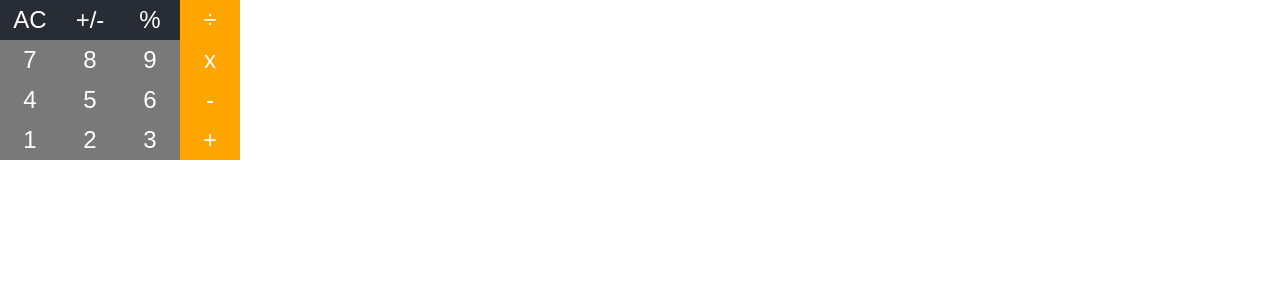
Repository: catsarenotreal/CalculatorWebApp
Page: /
These files come from the project's save history. The page is drawn as it stood at one moment and after the next save; the edit follows.
The browser window is 1280 px wide. The pictures show the whole page.
The project was rebuilt for these pictures with package versions that can differ from the ones it lists, and the page was loaded fresh each time.

Above is the page before, as saved 2024-08-22 15:07:57.

### src/App.tsx
import React from 'react';
// import logo from './logo.svg';
import './App.css';

type Props = {
  val : string;
  colour : 'orange'|'darkgrey'|'lightgrey';
}

function DisplayScreen(){ // changes on click for = sign
  return <></>;
}

function Buttons(props : Props){

  const val = props.val;
  const colour = props.colour;


  function handleClick(){

  }

  return <button className = {`Buttons ${colour}`} onClick = {handleClick}>
    {val}
  </button>
}

export default function Calc() {
  return (
    <main>
      <div className = "row">
        {/* <DisplayScreen> </DisplayScreen> */}
      </div>
      <div className = "row">
        <Buttons val={'AC'} colour = 'darkgrey'/>
        <Buttons val={'+/-'} colour = 'darkgrey'/>
        <Buttons val={'%'} colour = 'darkgrey'/ >
        <Buttons val={'÷'} colour = 'orange' />
      </div>
      <div className = "row">
        <Buttons val={'7'} colour = 'lightgrey'/>
        <Buttons val={'8'} colour = 'lightgrey'/>
        <Buttons val={'9'} colour = 'lightgrey'/ >
        <Buttons val={'x'} colour = 'orange' />
      </div>
      <div className = "row">
        <Buttons val={'4'} colour = 'lightgrey'/>
        <Buttons val={'5'} colour = 'lightgrey'/>
        <Buttons val={'6'} colour = 'lightgrey'/ >
        <Buttons val={'-'} colour = 'orange' />
      </div>
      <div className = "row">
        <Buttons val={'1'} colour = 'lightgrey'/>
        <Buttons val={'2'} colour = 'lightgrey'/>
        <Buttons val={'3'} colour = 'lightgrey'/ >
        <Buttons val={'+'} colour = 'orange' />
      </div>
    </main>

  );
}

### src/App.css
.App {
  text-align: center;
}

:root{

  --greyBG: grey;
  --darkGreyBG: rgb(46, 46, 46);
  --orangeBG: orange;

  --bgColour: if ('grey') var(--greyBG) else var(--orangeBG)


}

.App-logo {
  height: 40vmin;
  pointer-events: none;
}


.App-header {
  background-color: #282c34;
  min-height: 100vh;
  display: flex;
  flex-direction: column;
  align-items: center;
  justify-content: center;
  font-size: calc(10px + 2vmin);
  color: white;
}

.App-link {
  color: #61dafb;
}


.DisplayScreen {
  background-color: rgb(24, 24, 24);
  text-align: right;
}

.Buttons {
  text-align: center;
  box-shadow: none;
  outline: none;
  border: none;
  font-size: 1.5rem;
  color: white;
  height: 40px;
  width: 60px;
}

.Buttons.orange{
  background-color: orange;
}

.Buttons.lightgrey{
  background-color: #797979;
}

.Buttons.darkgrey{
  background-color:#282c34;
}






@keyframes App-logo-spin {
  from {
    transform: rotate(0deg);
  }
  to {
    transform: rotate(360deg);
  }
}

Loaded but not shown: public/index.html (common file); src/index.tsx (common file); src/index.css (common file); src/reportWebVitals.ts (common file)

After the next save:
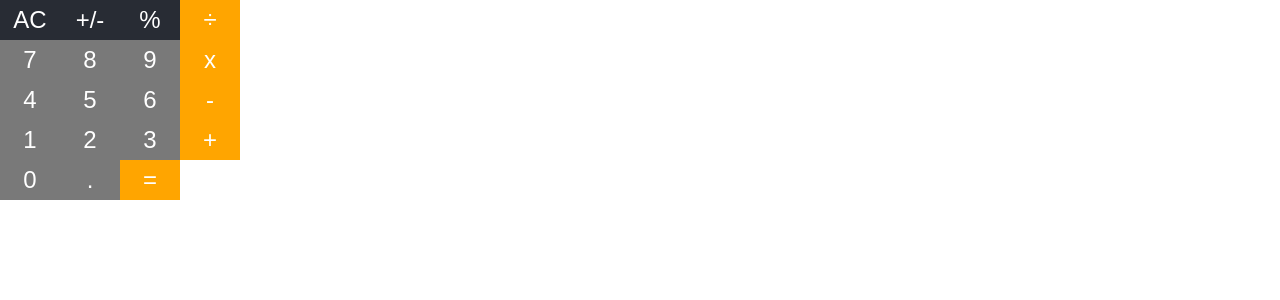
Saved 3 min 48 s later.
--- a/src/App.tsx
+++ b/src/App.tsx
@@ -56,6 +56,11 @@ export default function Calc() {
         <Buttons val={'3'} colour = 'lightgrey'/ >
         <Buttons val={'+'} colour = 'orange' />
       </div>
+      <div className = "row">
+        <Buttons val={'0'} colour = 'lightgrey'/>
+        <Buttons val={'.'} colour = 'lightgrey'/>
+        <Buttons val={'='} colour = 'orange'/>
+      </div>
     </main>
 
   );
--- a/src/App.css
+++ b/src/App.css
@@ -1,16 +1,5 @@
 .App {
   text-align: center;
-}
-
-:root{
-
-  --greyBG: grey;
-  --darkGreyBG: rgb(46, 46, 46);
-  --orangeBG: orange;
-
-  --bgColour: if ('grey') var(--greyBG) else var(--orangeBG)
-
-
 }
 
 .App-logo {
